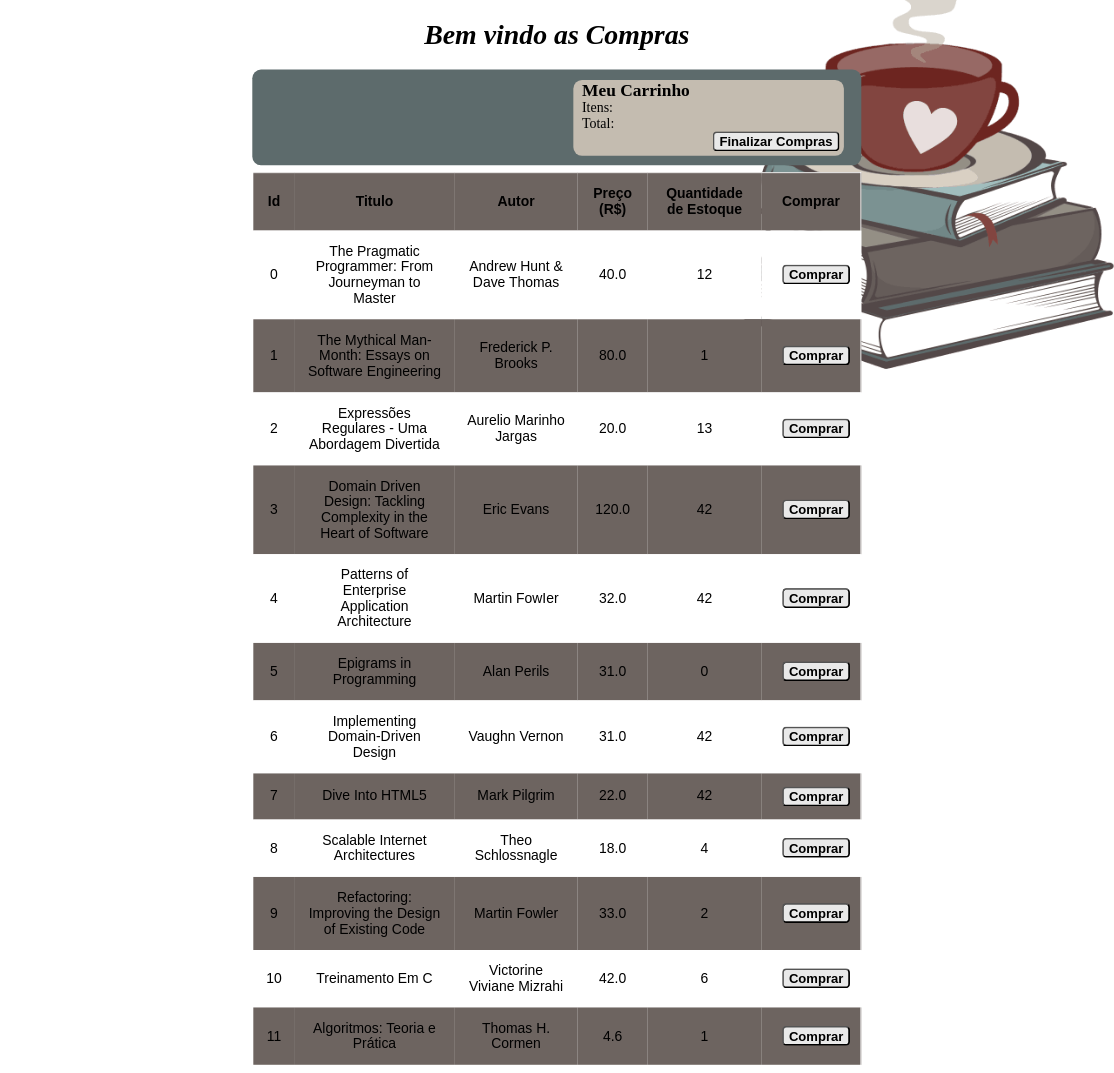
Repository: gabriellacrystina/ProjetoTegra
Page: http://localhost/book-store/Produtos
An editor plug-in stored every save of this project. The page is shown before and after the next save, followed by the edit.
The browser window is 1280 px wide. The pictures show the whole page, at 87% of full size.
Backgrounds fixed to the window are drawn as part of the page. The page is served by Tomcat 9. Other server files are loaded and not shown.

Above is the page before, as saved 2016-07-04 21:19:17.

### book-store/WebContent/index.jsp
<%@ page language="java" contentType="text/html; charset=UTF-8"
    pageEncoding="UTF-8"%>
<%@ page import="model.Produto" %>
<%@ page import="model.Item" %>
<%@ page import="java.util.ArrayList" %>
<%@ page import="java.util.List" %>

<!DOCTYPE html PUBLIC "-//W3C//DTD HTML 4.01 Transitional//EN" "http://www.w3.org/TR/html4/loose.dtd">
<html>
	<head>
		<meta http-equiv="Content-Type" content="text/html; charset=UTF-8">
		<link rel="stylesheet" type="text/css" href="book_store_stile.css">
		<script src="controle-compra.js"></script>
		<title>BookStore</title>
	</head>
	<body>

		<div class="cabecalho">
			<h1>Bem vindo as Compras</h1>
		</div>
		<form action="Produtos" method="post">
		<%

				List<Produto> produtos = (ArrayList<Produto>) session.getAttribute("listaProdutos");
				ArrayList<Item> livrosEscolhidos = (ArrayList<Item>)session.getAttribute("listaItens");
				int quantidade = 0;
				double total = 0;
				if(livrosEscolhidos == null){
					quantidade = 0;
					total = 0;
				}else{
					for(Item i: livrosEscolhidos){
						quantidade = i.getQuantidade();
						total = i.getProduto().getPreco() * quantidade;
					}
				}
			%>
			<div class="meu-carrinho">
				<div class="carrinho">
					<label id="meu-carrinho">Meu Carrinho</label><br>
					Itens: <label class="lbl-itens" id="qtde-itens" name="quantidade"  value="<%=quantidade%>"/><br>
					Total: <label class="lbl-total" id="total" name="total" value="<%=total%>"/><br>
					<button class="btn" id="btn-finalizar-compra" onclick="validaCarrinho()">Finalizar Compras</button>
				</div>
			</div>

			<table id="tbl-books">
			  <tr>
			  	<th class="id-livro">Id</th>
			    <th>Titulo</th>
			    <th>Autor</th>
			    <th>Preço (R$)</th>
			    <th>Quantidade de Estoque</th>
			    <th>Comprar</th>
			  </tr>
			  <%
			  	for(Produto p: produtos){
		  		%>
		  			<tr class="livros">
		  				<td class="id-livro" name="id"><%= p.getId() %></td>
						<td class="nome-livro"><%= p.getTitulo() %></td>
						<td class="nome-autor"><%= p.getAutor() %></center></td>
						<td class="preco"><%= p.getPreco() %></center></td>
						<td class="estoque"><%= p.getEstoque() %></center></td>
						<td><input onclick="validaEstoque" class="btn"  id="btn-comprar" type="submit" name="submit" value="Comprar" ></input></td>
					</tr>
		  		<%
			  	}
			  %>
			</table>
		</form>
	</body>
</html>

### book-store/src/servlet/BuscaProdutos.java
package servlet;

import java.io.IOException;

import javax.servlet.ServletException;
import javax.servlet.annotation.WebServlet;
import javax.servlet.http.HttpServlet;
import javax.servlet.http.HttpServletRequest;
import javax.servlet.http.HttpServletResponse;
import javax.servlet.http.HttpSession;

import java.util.ArrayList;
import java.util.List;

import model.Item;
import model.Produto;
import dao.ProdutoDAO;

/**
 * Servlet implementation class BuscaProdutos
 * Classe responsavel por gerar uma lista estatica de produtos;
 * E ainda montar uma lista de livros escolhidos pelo o usuário.
 *
 */
@WebServlet("/Produtos")
public class BuscaProdutos extends HttpServlet {
	private static final long serialVersionUID = 1L;

    /**
     * @see HttpServlet#HttpServlet()
     */
    public BuscaProdutos() {
        super();
        // TODO Auto-generated constructor stub
    }

	/**
	 * @see HttpServlet#doGet(HttpServletRequest request, HttpServletResponse response)
	 */
	protected void doGet(HttpServletRequest request, HttpServletResponse response) throws ServletException, IOException {

		HttpSession sessao = request.getSession();

		//Gerando lista estatica.
		List<Produto> produtos = new ProdutoDAO().getListaProdutos();

		//colocando na sessao a lista de produtos
		sessao.setAttribute("listaProdutos", produtos);

		//redirecionar pro index.
		request.getRequestDispatcher("index.jsp").forward(request, response);
	}

	/**
	 * @see HttpServlet#doPost(HttpServletRequest request, HttpServletResponse response)
	 */
	protected void doPost(HttpServletRequest request, HttpServletResponse response) throws ServletException, IOException {
		HttpSession sessao = request.getSession();
		Item item = new Item();
		Produto produto;
		double subtotal = 0, total=0;
		Integer indice, quantidade=0, qtdeLivros=0;
		Item itemEncontrado = null;

		//captura Lista de Produtos e LivrosEscolhidos da sessao.
		List<Produto> produtos = (ArrayList<Produto>) sessao.getAttribute("listaProdutos");
		ArrayList<Item> livrosEscolhidos = (ArrayList<Item>) sessao.getAttribute("listaItens");

		if(livrosEscolhidos == null){
			livrosEscolhidos = new ArrayList<Item>();
			sessao.setAttribute("listaItens", livrosEscolhidos);
		}

		//Indice do livro
		indice = Integer.parseInt(request.getParameter("id-livro"));
		produto = produtos.get(indice);

		if(produto.contemEstoqueDisponivel()){
			/**Montando um item para adicionar em livrosEscolhidos.**/
			//Se a lista estiver vazia
			if(livrosEscolhidos.isEmpty()){
				//add item
				item.setProduto(produto);

				quantidade = item.getQuantidade() + 1;
				item.setQuantidade(quantidade);

				subtotal = quantidade * produto.getPreco();
				item.setSubtotal(subtotal);

				livrosEscolhidos.add(item);

				produto.atualizaEstoqueVenda();
			}else{
				//Senao percorre a lista
				for(int i=0; i<livrosEscolhidos.size(); i++){
					//verifica se o item a ser adicionado já existe na lista de livros Escolhidos
					if(produto.getTitulo().equals(livrosEscolhidos.get(i).getProduto().getTitulo())){
						itemEncontrado = livrosEscolhidos.get(i);
					}
				}
				//item já existe na lista?
				if(itemEncontrado != null){
					//atualiza a quantidade e o subtotal deste item
					itemEncontrado.adicionarQuantidade();

					itemEncontrado.adicionarSubtotal(produto.getPreco());

					produto.atualizaEstoqueVenda();
				}else{
					//senao adiciona um novo item na lista
					item.setProduto(produto);

					quantidade = item.getQuantidade() + 1;
					item.setQuantidade(quantidade);

					subtotal = quantidade * produto.getPreco();
					item.setSubtotal(subtotal);

					livrosEscolhidos.add(item);

					produto.atualizaEstoqueVenda();
				}
			}
		}

		//Total de livros e valor correspondente
		if( livrosEscolhidos != null){
			for(Item i: livrosEscolhidos){
				qtdeLivros = qtdeLivros + i.getQuantidade();
				total = total +  i.getProduto().getPreco() * i.getQuantidade();
			}
		}

		sessao.setAttribute("qtdeLivros", qtdeLivros);
		sessao.setAttribute("total", total);
		request.getRequestDispatcher("index.jsp").forward(request, response);
	}
}

### book-store/src/dao/ProdutoDAO.java
package dao;

import java.util.ArrayList;
import java.util.List;

import model.Produto;

/**
 * Produto(Data Object Access)
 *
 * Classe que simula acesso ao banco de dados
 */

public class ProdutoDAO {

	private final static List<Produto> listaProdutos = new ArrayList<>();

	static{
		adicionaProduto(new Produto("The Pragmatic Programmer: From Journeyman to Master", "Andrew Hunt & Dave Thomas", 40.00, 12));
		adicionaProduto(new Produto("The Mythical Man-Month: Essays on Software Engineering", "Frederick P. Brooks", 80.00, 1));
		adicionaProduto(new Produto("Expressões Regulares - Uma Abordagem Divertida", "Aurelio Marinho Jargas",20.00 ,13 ));
		adicionaProduto(new Produto("Domain Driven Design: Tackling Complexity in the Heart of Software", "Eric Evans", 120.00, 42));
		adicionaProduto(new Produto("Patterns of Enterprise Application Architecture", "Martin FowIer", 32.00, 42));
		adicionaProduto(new Produto("Epigrams in Programming", "Alan Perils", 31.00, 0));
		adicionaProduto(new Produto("Implementing Domain-Driven Design", "Vaughn Vernon", 31.00, 42));
		adicionaProduto(new Produto("Dive Into HTML5", "Mark Pilgrim", 22.00, 42));
		adicionaProduto(new Produto("Scalable Internet Architectures", "Theo Schlossnagle", 18.00, 4));
		adicionaProduto(new Produto("Refactoring: Improving the Design of Existing Code", "Martin Fowler", 33.00, 2));
		adicionaProduto(new Produto("Treinamento Em C", "Victorine Viviane Mizrahi", 42.00, 6));
		adicionaProduto(new Produto("Algoritmos: Teoria e Prática", "Thomas H. Cormen", 4.60, 1));
	}


	//Metodo que gera id automático e adiciona um produto na lista.
	private static void adicionaProduto(Produto produto){
		int id = listaProdutos.size();
		produto.setId(id);
		listaProdutos.add(produto);
	}

	public List<Produto> getListaProdutos(){
		return listaProdutos;
	}
}

### book-store/src/model/Produto.java
package model;

public class Produto {

	private int id;
	private String titulo;
	private String autor;
	private Double preco;
	private int estoque;

	public Produto(String titulo, String autor, Double preco, int estoque) {
		this.titulo = titulo;
		this.autor = autor;
		this.preco = preco;
		this.estoque = estoque;
	}

	public int getId(){
		return id;
	}

	public void setId(int id){
		this.id = id;
	}

	public String getTitulo() {
		return titulo;
	}

	public String getAutor() {
		return autor;
	}

	public Double getPreco() {
		return preco;
	}

	public int getEstoque() {
		return estoque;
	}

	public void atualizaEstoqueVenda(){
		this.estoque -= 1;
	}

	public void atualizaEstoqueDevolucao(){
		this.estoque += 1;
	}
}

### book-store/WebContent/book_store_stile.css
@CHARSET "ISO-8859-1";

body {
	background-image: url("teste.png");
	background-repeat: no-repeat;
	background-position: right top;
	background-attachment: fixed;
    width: 700px;
    margin-left: auto;
	margin-right: auto;
}

h1 {
	font-style: oblique;
	text-align: center;
    color: #000000;
}

#tbl-books {
	width: 100%;
	font-family: "Arial", "Helvetica", sans-serif;
	border: 1px solid #ffffff;
    border-collapse: collapse;

}

#tbl-books tr:nth-child(even){
	background-color: #FFFFFF
}

#tbl-books tr:nth-child(odd){
	background-color: #6D6460;

}

th, td {
    padding: 15px;
    text-align: center;
}

.meu-carrinho{
	width: 100%;
	height: 110px;
	border-radius: 10px;
    padding: 12px 20px;
    margin: 8px 0;
    box-sizing: border-box;
	background-color: #5D6B6C;
	margin-left: auto;
	margin-right: auto;
}
.carrinho{
	float: right;
	background-color: #c4bcb0;
	border-radius: 10px;
	padding-left: 10px;
	padding-bottom: 5px;
	margin-left: auto;
	margin-right: auto;
}

#meu-carrinho{
	font-size: 20px;
	font-weight: bold;
}

.btn {
	font-family: "Arial", "Helvetica", sans-serif;
	border-radius: 5px;
	font-size: 15px;
	font-weight: bold;
	margin-left: 150px;
	margin-right: 5px;
	background-color: #e9e9e9;
}

#btn-comprar{
	margin-left: 10%;
}

### book-store/WebContent/controle-compra.js
/**
 * Controle de Compra. Arquivo que valida dados do arquivo index.jsp
 */

//capturando a lista de objetos pacientes da tabela
var trLivros = document.getElementsByClassName("livros");

for(var i=0; i < trLivros.length; i++ ){
	var livroTr = trLivros[i];

	var tdId = livroTr.getElementsByClassName("id-livro");
	var tdNomeLivro = livroTr.getElementsByClassName("nome-livro");
	var tdNomeAutor = livroTr.getElementsByClassName("nome-autor");
	var tdPreco =livroTr.getElementsByClassName("preco");
	var tdEstoque = livroTr.getElementsByClassName("estoque");

	var LivroAtual = {
		id : tdId.textContent,
		nomeLivro : tdNomeLivro.textContent,
		nomeAutor : tdNomeAutor.textContent,
		preco : tdPreco.textContent,
		estoque : tdEstoque.textContent,
		validaEstoque : function(){
			if(this.estoque == 0){
				alert("Produto indisponível em estoque!!");
			}
		}
	}
}


function validaCarrinho(){
	var qtdeItens = document.getElementById("qtde-itens").textContent;

	if(qtdeItens == 0){
		alert("Não há itens no carrinho!!");
	}
}

After the next save:
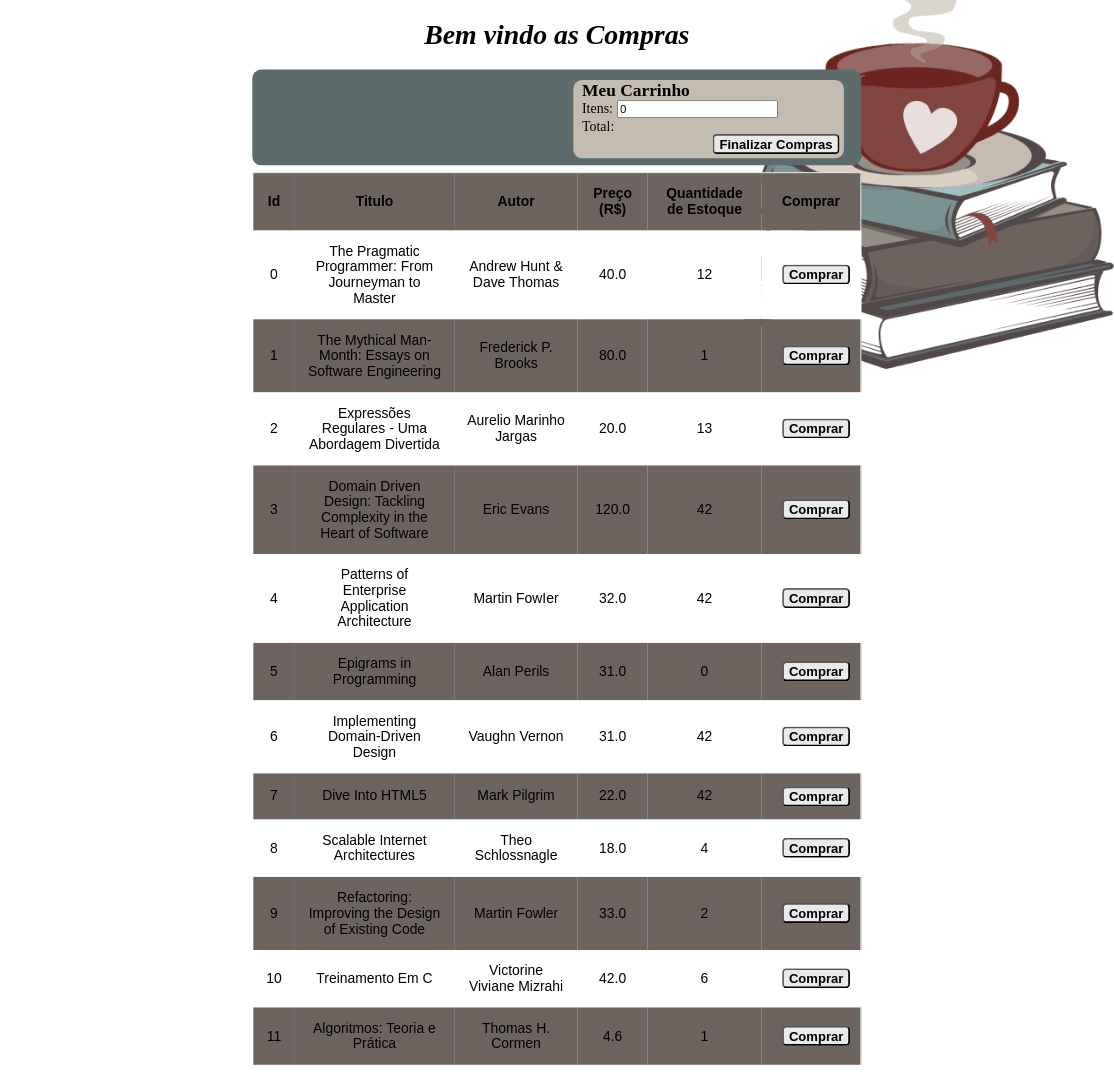
Saved 64 s later.
--- a/book-store/WebContent/index.jsp
+++ b/book-store/WebContent/index.jsp
@@ -38,7 +38,7 @@
 			<div class="meu-carrinho">
 				<div class="carrinho">
 					<label id="meu-carrinho">Meu Carrinho</label><br>
-					Itens: <label class="lbl-itens" id="qtde-itens" name="quantidade"  value="<%=quantidade%>"/><br>
+					Itens: <input class="lbl-itens" id="qtde-itens" name="quantidade"  value="<%=quantidade%>"/><br>
 					Total: <label class="lbl-total" id="total" name="total" value="<%=total%>"/><br>
 					<button class="btn" id="btn-finalizar-compra" onclick="validaCarrinho()">Finalizar Compras</button>
 				</div>
